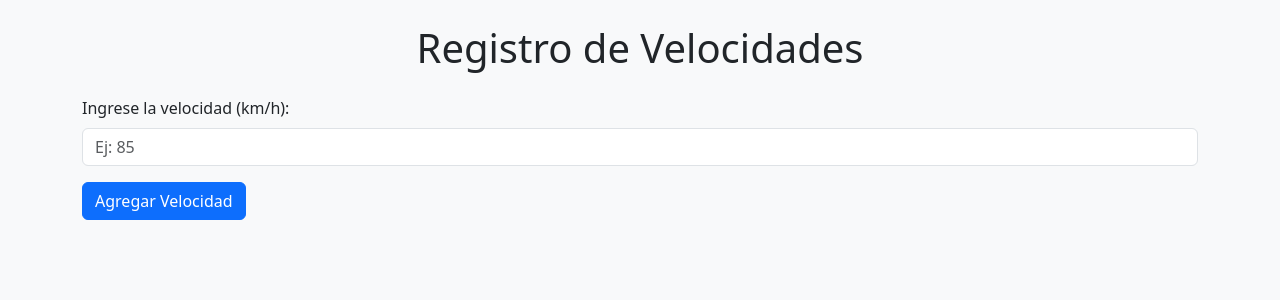
Repository: pudusito/EV2frontend
Page: index.html
An editor plug-in stored every save of this project. The page is shown before and after the next save, followed by the edit.
The browser window is 1280 px wide. The pictures show the whole page.

Above is the page before, as saved 2025-07-01 18:58:00.

After the next save:
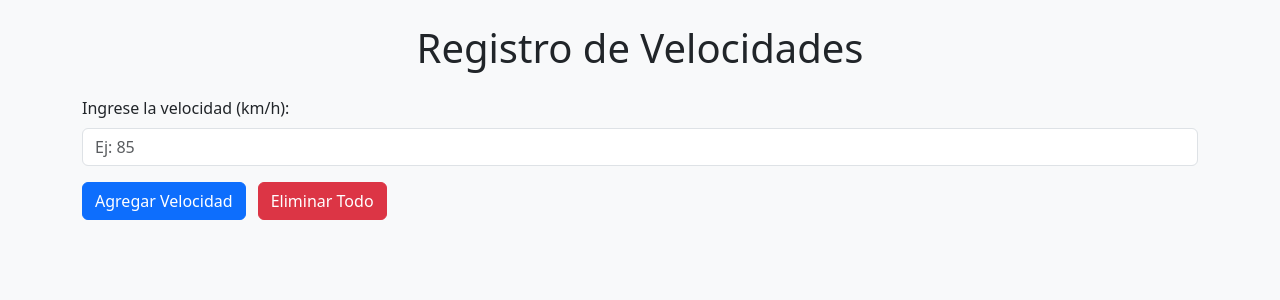
Saved 9 min 31 s later.
--- a/index.html
+++ b/index.html
@@ -4,12 +4,11 @@
 <head>
     <meta charset="UTF-8">
     <meta name="viewport" content="width=device-width, initial-scale=1">
-    <title>Control de Velocidades</title>
+    <title>Registro de Velocidades</title>
     <link href="https://cdn.jsdelivr.net/npm/bootstrap@5.3.3/dist/css/bootstrap.min.css" rel="stylesheet">
 </head>
 
 <body class="bg-light p-4">
-
     <div class="container">
         <h1 class="mb-4 text-center">Registro de Velocidades</h1>
 
@@ -18,10 +17,12 @@
             <label for="velocidadInput" class="form-label">Ingrese la velocidad (km/h):</label>
             <input type="number" class="form-control" id="velocidadInput" placeholder="Ej: 85">
         </div>
-        <button class="btn btn-primary mb-4" onclick="agregarVelocidad()">Agregar Velocidad</button>
+        <button class="btn btn-primary" onclick="agregarVelocidad()">Agregar Velocidad</button>
+        <button class="btn btn-danger ms-2" data-bs-toggle="modal" data-bs-target="#modalEliminarTodo">Eliminar
+            Todo</button>
 
-        <!-- Alert dinámico -->
-        <div id="alertaVelocidad" class="alert d-none" role="alert">
+        <!-- Alert última velocidad -->
+        <div id="alertaVelocidad" class="alert d-none mt-4" role="alert">
             Última velocidad ingresada:
         </div>
 
@@ -29,46 +30,5 @@
         <ul id="listaVelocidades" class="list-group mt-3"></ul>
     </div>
 
-    <script>
-        function agregarVelocidad() {
-            const input = document.getElementById('velocidadInput');
-            const valor = Number(input.value);
-
-            if (!valor && valor !== 0) return; // valida que no esté vacío
-
-            let estado = '';
-            let color = '';
-
-            if (valor > 120) {
-                estado = 'Exceso';
-                color = 'danger';
-            } else if (valor >= 60) {
-                estado = 'Normal';
-                color = 'success';
-            } else {
-                estado = 'Baja';
-                color = 'warning';
-            }
-
-            // Agrega a la lista
-            const lista = document.getElementById('listaVelocidades');
-            const item = document.createElement('li');
-            item.className = 'list-group-item';
-            item.textContent = `${valor} km/h - ${estado}`;
-            lista.appendChild(item);
-
-            // Muestra y actualiza el alert
-            const alerta = document.getElementById('alertaVelocidad');
-            alerta.className = `alert alert-${color}`;
-            alerta.textContent = `Última velocidad ingresada: ${valor} km/h - ${estado}`;
-            alerta.classList.remove('d-none');
-
-            // Limpia el input
-            input.value = '';
-            input.focus();
-        }
-    </script>
-
-</body>
-
-</html>
+    <!-- Modal de confirmación para eliminar todo -->
+    <div class="modal fade
